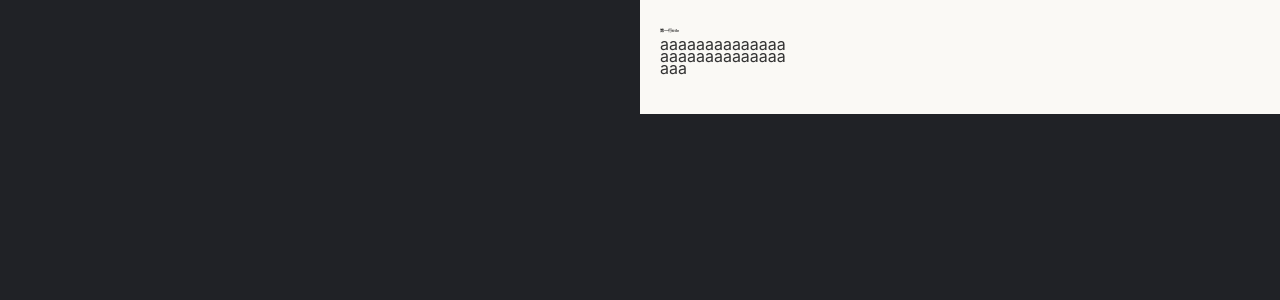
Repository: GuinsooRocky/-Technology-sharing-rocky
Page: /catalog
These files come from the project's save history. The page is drawn as it stood at one moment and after the next save; the edit follows.
The browser window is 1280 px wide. The pictures show the whole page.
The project was rebuilt for these pictures with package versions that can differ from the ones it lists, and the page was loaded fresh each time. Also part of the build but not shown: src/pages/Home/home.less, src/component/Fault/fault.less, src/component/Fault/faultMad.tsx, src/pages/Home/home.tsx.

Above is the page before, as saved 2020-09-20 11:16:27.

After the next save:
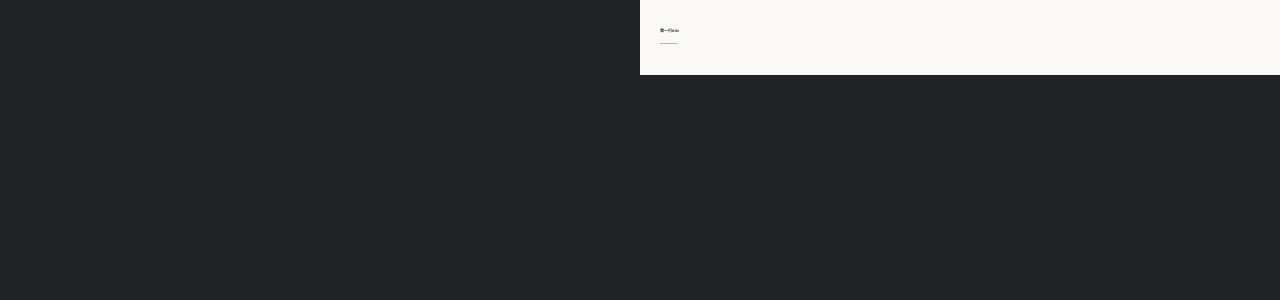
Saved 46 s later.
--- a/src/pages/Catalog/catalog.less
+++ b/src/pages/Catalog/catalog.less
@@ -44,6 +44,7 @@
       line-height: 12px;
       display: block;
       word-wrap: break-word;
+      font-size: 1px;
     }
   }
 }
